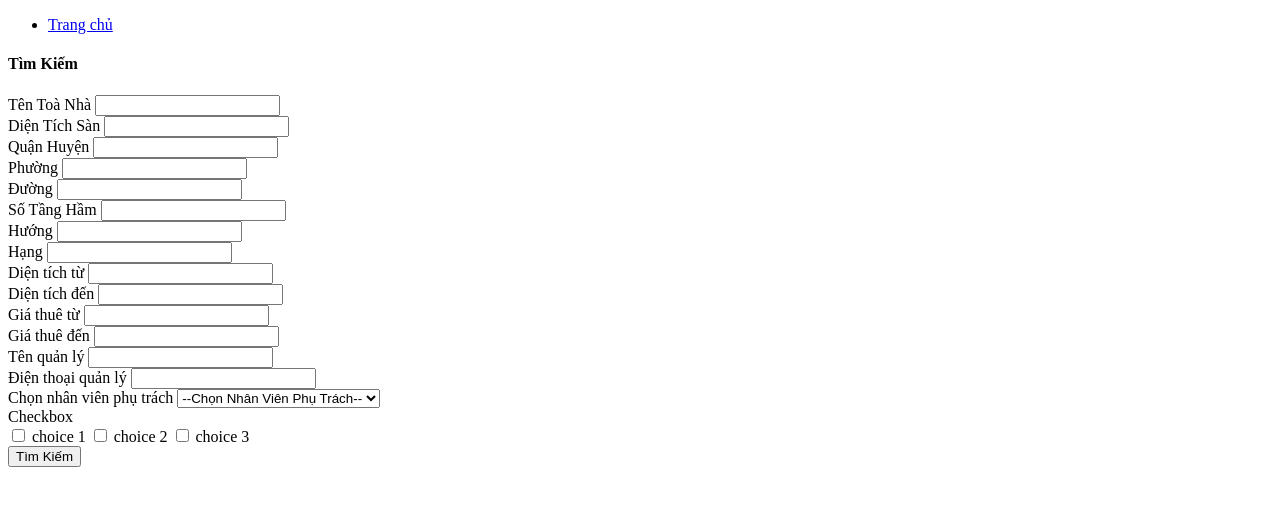
Repository: LeQuangBao0126/jspservlet122019_bao
Page: http://localhost/jspservletHUHUHU/views/admin/building/edit.jsp
An editor plug-in stored every save of this project. The page is shown before and after the next save, followed by the edit.
The browser window is 1280 px wide. The pictures show the whole page.
The page is served by Tomcat 9. Nobody is signed in. The application's start-up code is not run.

Above is the page before, as saved 2020-03-19 02:19:37.

After the next save:
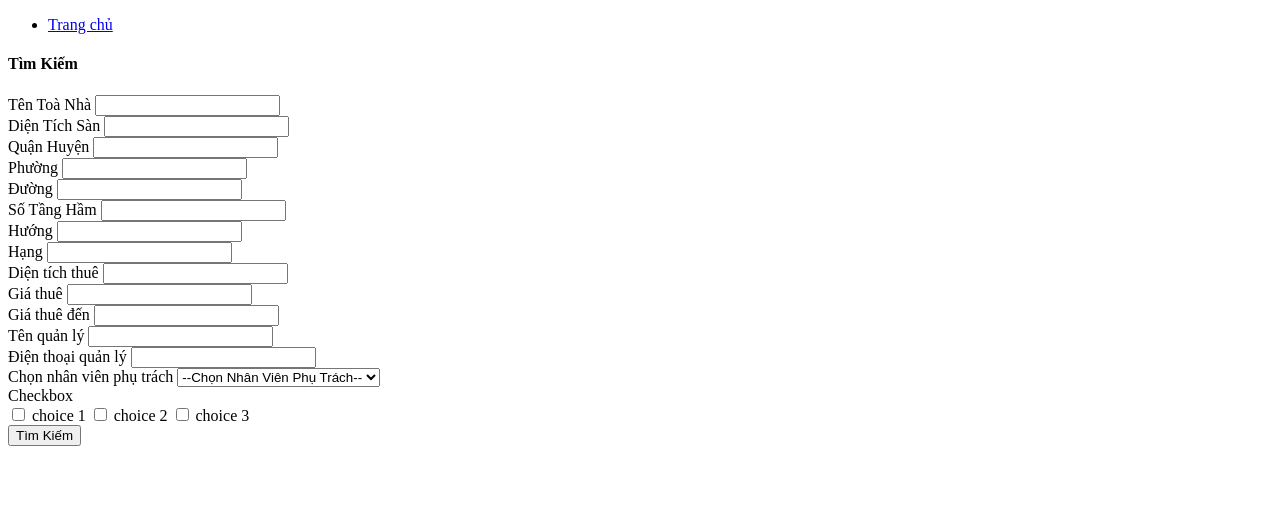
Saved 47 s later.
--- a/jspservletHUHUHU/src/main/webapp/views/admin/building/edit.jsp
+++ b/jspservletHUHUHU/src/main/webapp/views/admin/building/edit.jsp
@@ -70,17 +70,15 @@
                                                     <input type="text" id="level" class="form-control" />
                                                 </div>
                                                 <div class="col-sm-3">
-                                                    <label for="">Diện tích từ</label>
-                                                    <input type="number" id="rentAreaFrom" class="form-control" />
+                                                    <label for="">Diện tích thuê</label>
+                                                    <input type="number" id="rentArea" class="form-control" />
                                                 </div>
+
                                                 <div class="col-sm-3">
-                                                    <label for="">Diện tích đến</label>
-                                                    <input type="number" id="rentAreaTo" class="form-control" />
+                                                    <label for="">Giá thuê </label>
+                                                    <input type="number" id="rentCost" class="form-control" />
                                                 </div>
-                                                <div class="col-sm-3">
-                                                    <label for="">Giá thuê từ</label>
-                                                    <input type="number" id="rentCostFrom" class="form-control" />
-                                                </div>
+
                                                 <div class="col-sm-3">
                                                     <label for="">Giá thuê đến</label>
                                                     <input type="number" id="rentCostTo" class="form-control" />
